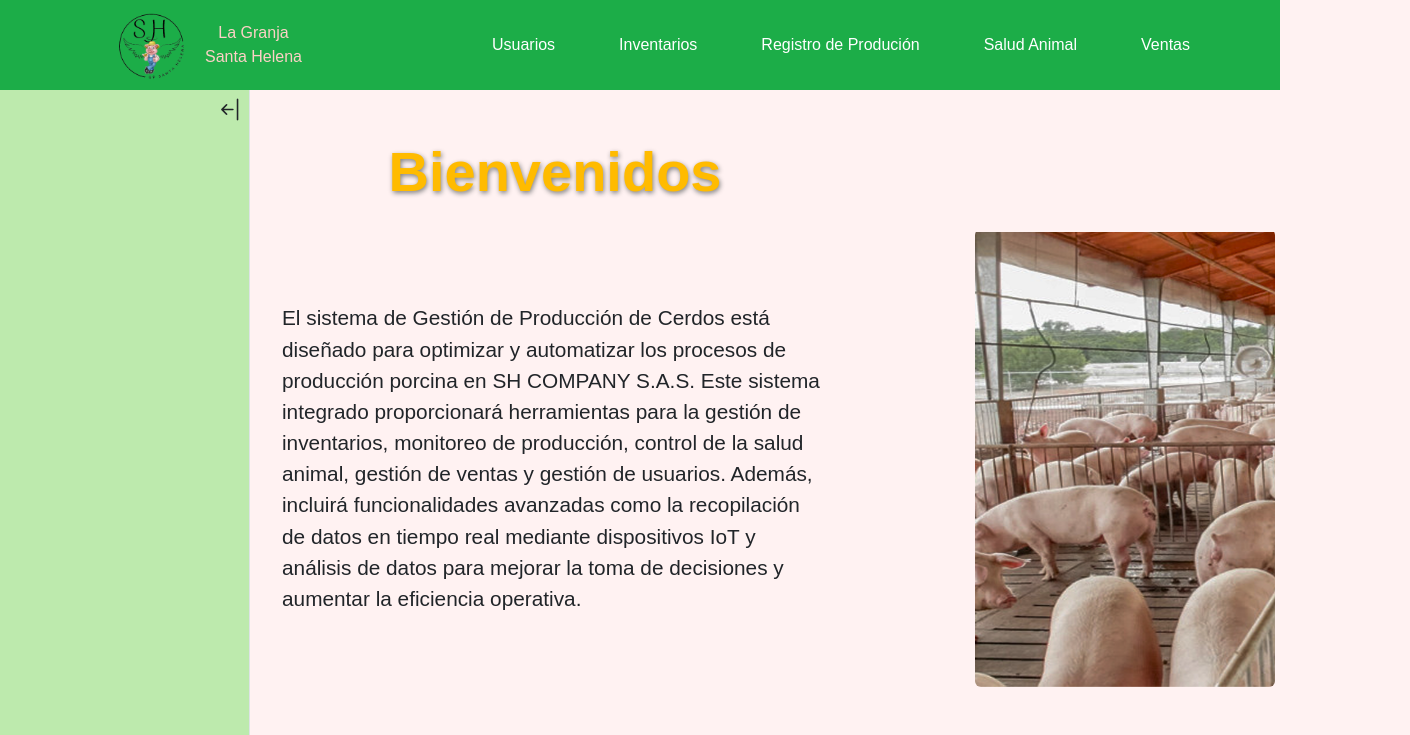
Repository: Mateojimenezz/Granja-Santa-Helena
Page: paginaDeInicio.html
These files come from the project's save history. The page is drawn as it stood at one moment and after the next save; the edit follows.
The browser window is 1280 px wide. The page is 1410 px wide, then 1280 px, so the pictures cover 1410 px, including what lies to the right of the window. The pictures show the whole page.
After loading, the first visible `a.nav-link` was clicked once.
Some web fonts or font styles are not loaded; a fallback is used.

Above is the page before, as saved 2025-03-31 16:56:42.

After the next save:
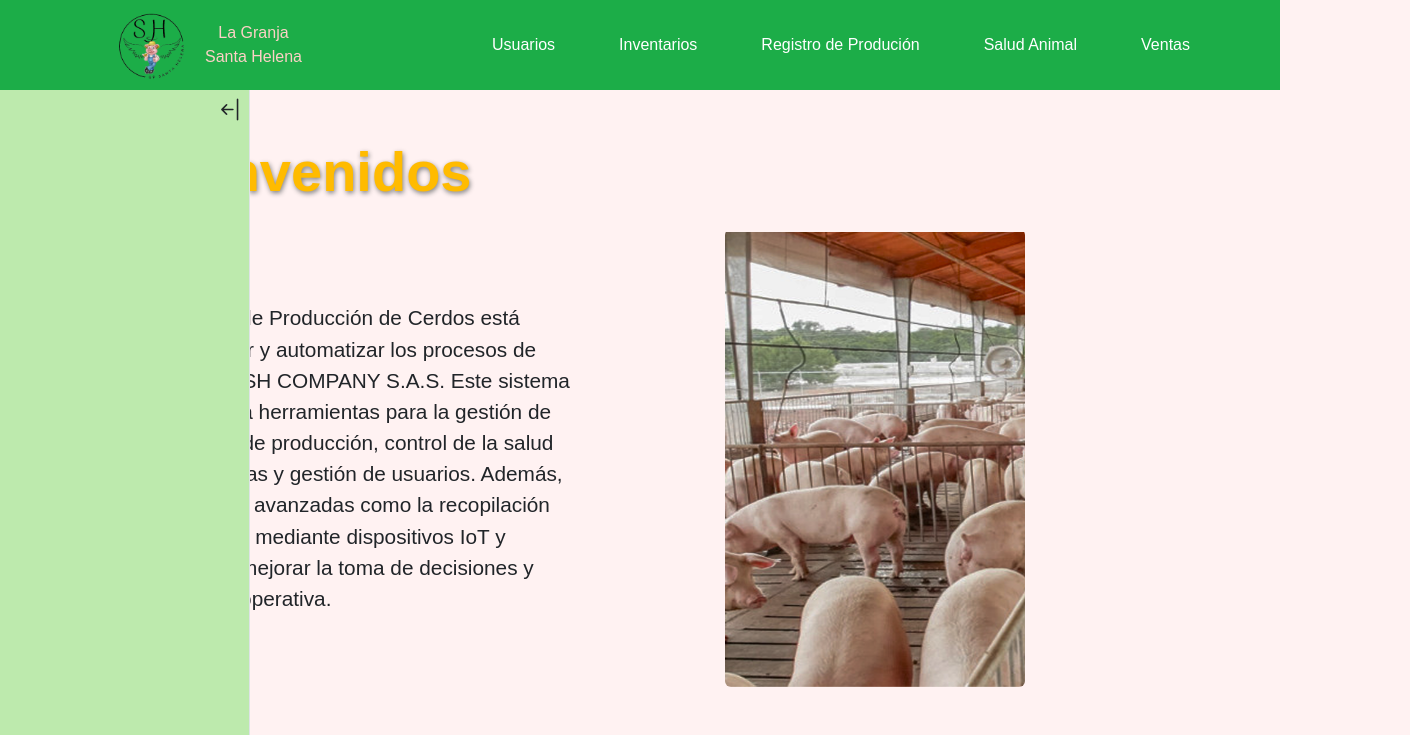
Saved 54 s later.
--- a/assets/js/menuLateral.js
+++ b/assets/js/menuLateral.js
@@ -37,7 +37,7 @@ document.addEventListener("DOMContentLoaded", function () {
           mainContent.style.marginLeft = "20px"; // Restaura el contenido al margen original
         } else {
           sidebar.style.display = "block"; // Despliega el menú lateral
-          mainContent.style.marginLeft = "270px"; // Desplaza el contenido principal
+          mainContent.style.marginLeft = "20px"; // Desplaza el contenido principal
         }
       });
     });
